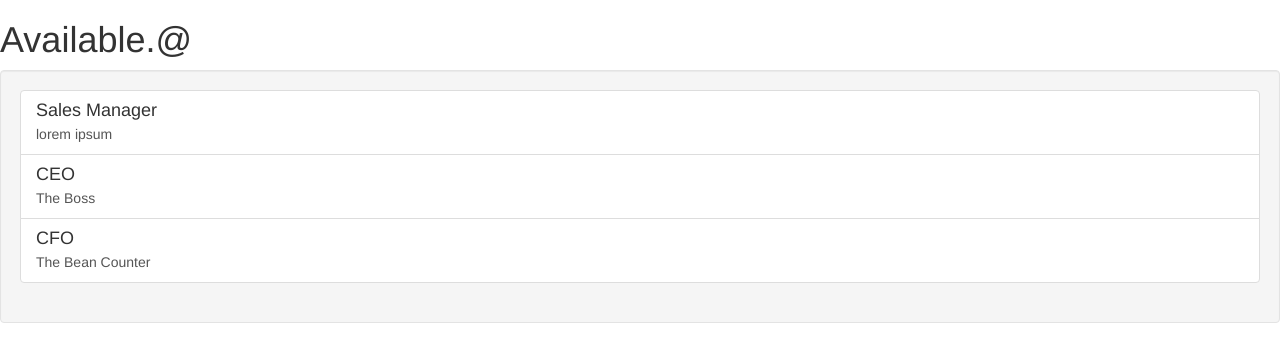
Repository: mturaga/JobsFinderTest
Page: http://localhost/
The author's editor kept a record of every edit. The page is drawn from the files as they stood at one moment, then again after the next edit.
The browser window is 1280 px wide. The pictures show the whole page.
The page is served by the project's Node server (server.js).

Above is the page before.

After the next edit:
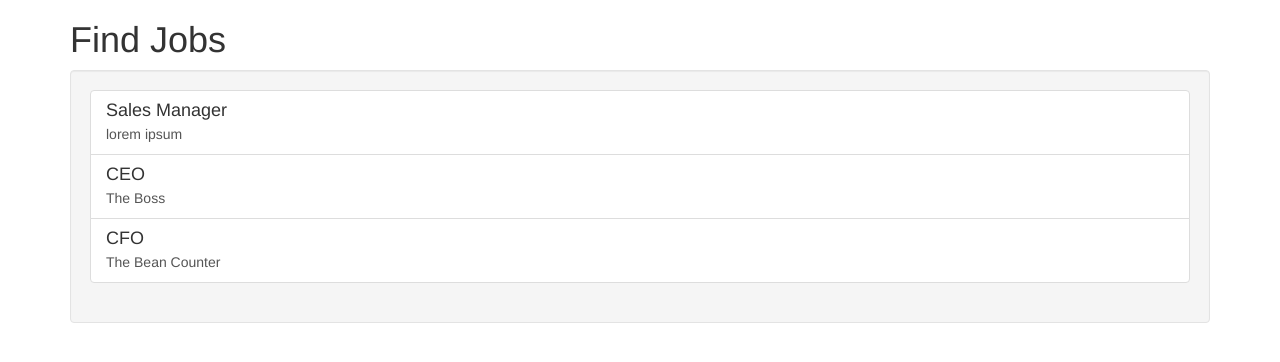
The edit:
--- a/index.jade
+++ b/index.jade
@@ -6,9 +6,9 @@
 script(type="text/javascript", src="/app/app.js")
 
 body(ng-app="app")
-    .controller
-        h1 Available.@
-        .well
+    .container
+        h1 Find Jobs
+        .well.well-compact.success
             div(ng-controller = "testCtrl")
                 .list-group
                     a.list-group-item(href = "#")(ng-repeat ="job in jobs")
